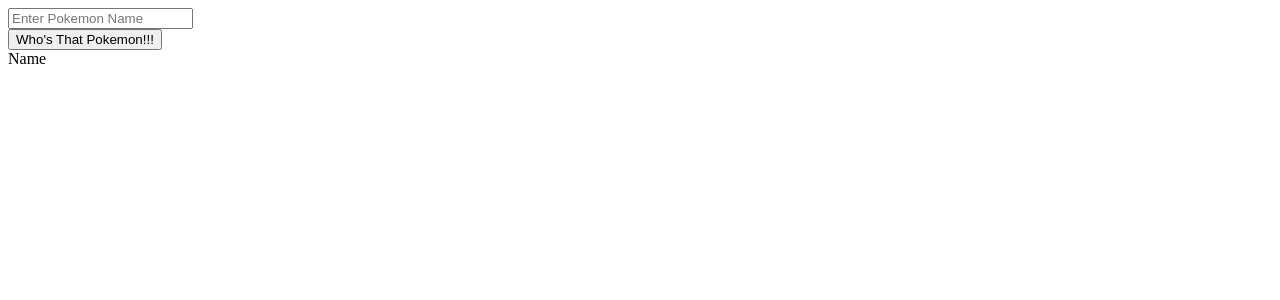
Repository: yucheng91/CIassignment2
Page: index.html
The author's editor kept a record of every edit. The page is drawn from the files as they stood at one moment, then again after the next edit.
The browser window is 1280 px wide. The pictures show the whole page.
Some web libraries are served in a nearby version.

Above is the page before.

After the next edit:
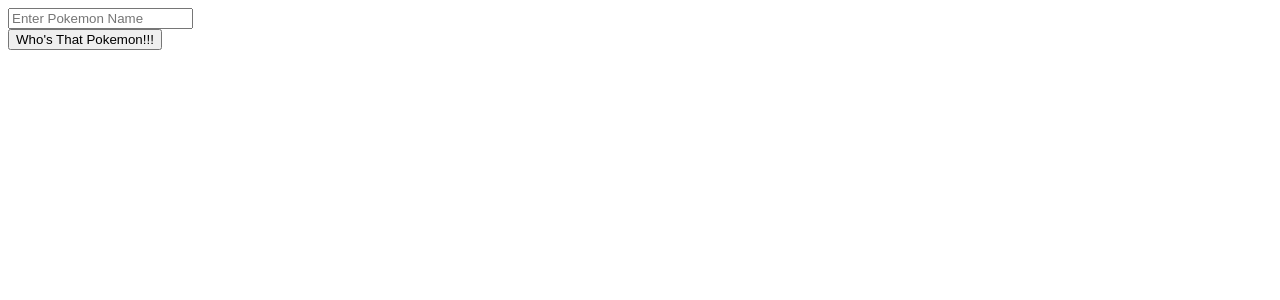
The edit:
--- a/index.html
+++ b/index.html
@@ -15,9 +15,7 @@
     <br>
     <button onClick="NameSearch()">Who's That Pokemon!!!</button>
 
-    <div id="pokemonname">
-        Name
-    </div>
+    <div id="PokemonName"></div>
 
     <div id="PokemonIndex"></div>
 
